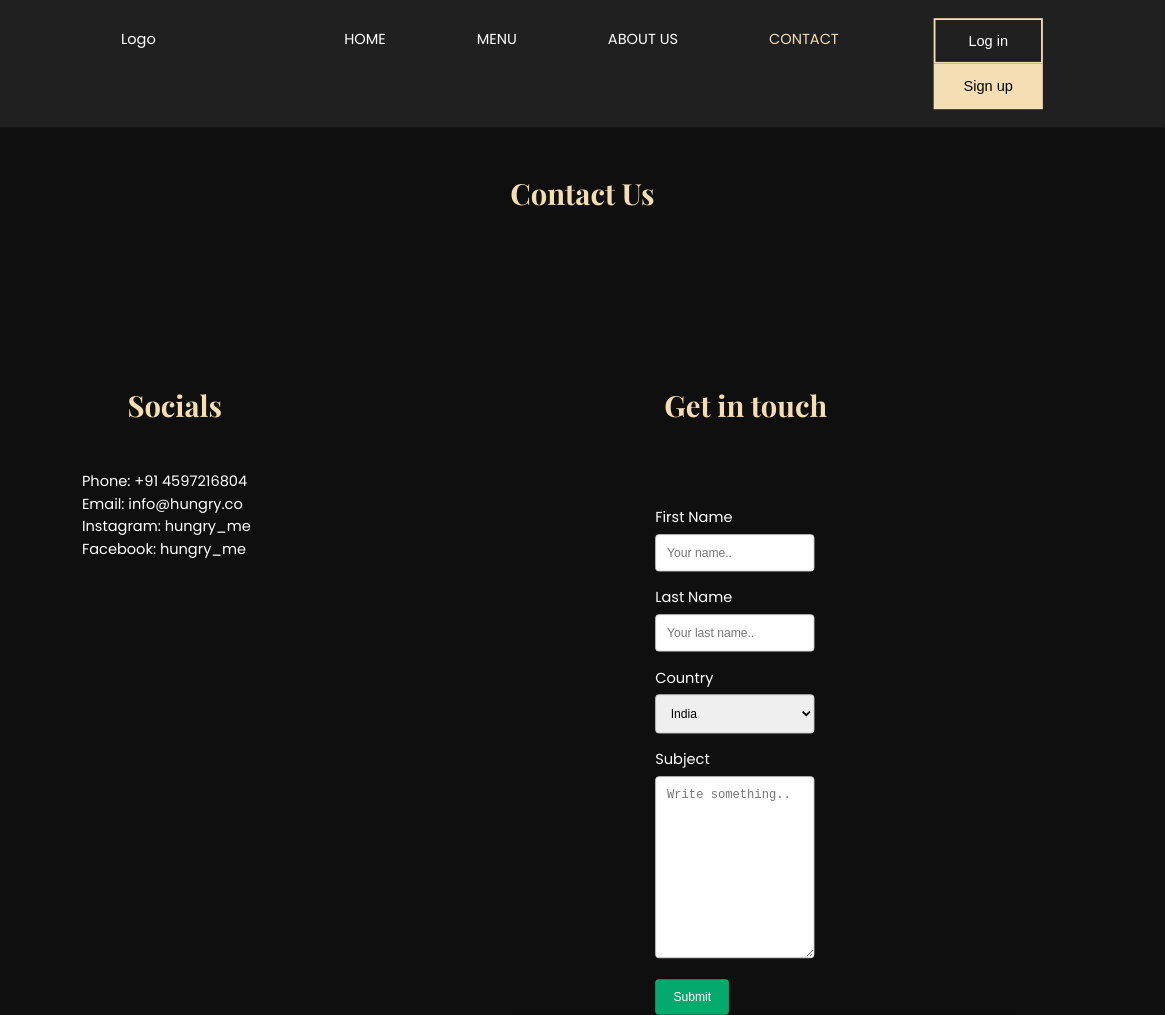
Repository: ThisIsSahaj/NSP
Page: contact.html
An editor plug-in stored every save of this project. The page is shown before and after the next save, followed by the edit.
The browser window is 1280 px wide. The pictures show the whole page, at 91% of full size.

Above is the page before, as saved 2023-12-26 22:55:28.

After the next save:
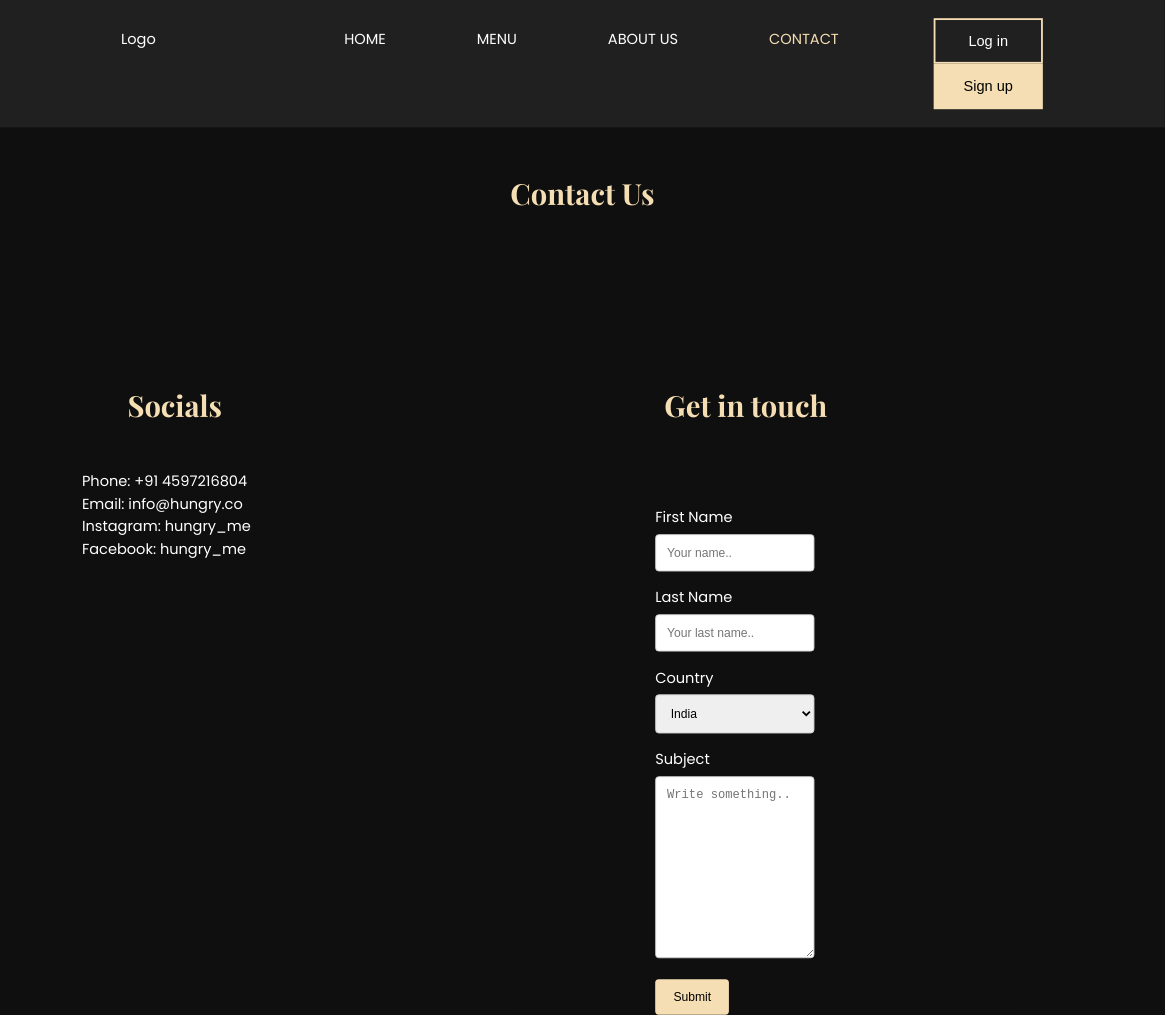
Saved 11 s later.
--- a/style.css
+++ b/style.css
@@ -243,8 +243,8 @@ align-items: center;
 
   /* Style the submit button with a specific background color etc */
   input[type=submit] {
-    background-color: #04AA6D;
-    color: white;
+    background-color: wheat;
+    color: black;
     padding: 12px 20px;
     border: none;
     border-radius: 4px;
@@ -253,7 +253,7 @@ align-items: center;
 
   /* When moving the mouse over the submit button, add a darker green color */
   input[type=submit]:hover {
-    background-color: wheat;
+    background-color: #45a049;
   }
 
   /* Add a background color and some padding around the form */
